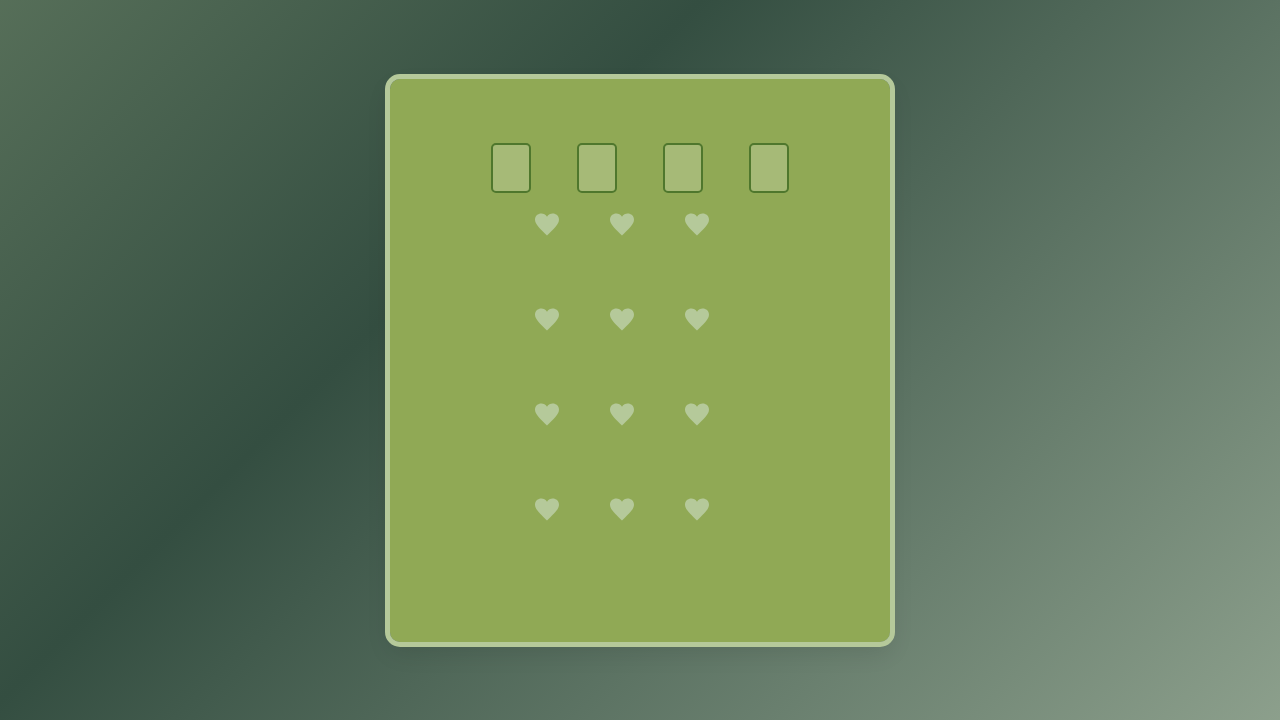
Repository: jahatesu/project-cutie
Page: index.html
An editor plug-in stored every save of this project. The page is shown before and after the next save, followed by the edit.
The browser window is 1280 px wide. The pictures show the whole page.
Some web libraries are served in a nearby version.

Above is the page before, as saved 2025-08-14 21:15:50.
Console error: TypeError: Cannot read properties of null (reading 'getBoundingClientRect')

### index.html
<!DOCTYPE html>
<html lang="en">
<head>
    <meta charset="UTF-8"
    meta http-equiv="X-UA-Compatible" content="IE=edge">
    <meta name="viewport" content="width=device-width, initial-scale=1.0">
    <title>idk yet</title>
    <link rel="stylesheet" href="https://cdnjs.cloudflare.com/ajax/libs/font-awesome/7.0.0/css/all.min.css">
    <link rel="stylesheet" href="style.css">
</head>

<body>
    <div class="wrapper">
        <!-- <i class="fa-solid fa-heart"></i>
        <h2 class="question">Do you wanna see why I think you’re the cutest?</h2>
        <div class="btn-group">
            <button class="btn-yes">Yes</button>
            <button class="btn-no">No</button>
        </div> -->

        <!-- PIN DISPLAY -->
         <div class="pin-display">
            <div class="pin-box"></div>
            <div class="pin-box"></div>
            <div class="pin-box"></div>
            <div class="pin-box"></div>
         </div>

         <!-- HEART BUTTONS -->
         <div class="heart-pad">
            <button data-num = "1">1</button>
          <button data-num = "2">2</button>
          <button data-num = "3">3</button>
          <button data-num = "4">4</button>
          <button data-num = "5">5</button>
          <button data-num = "6">6</button>
          <button data-num = "7">7</button>
          <button data-num = "8">8</button>
          <button data-num = "9">9</button>
          <button data-num = "*">*</button>
          <button data-num = "0">0</button>
          <button data-num = "#">#</button>
         </div>
    </div>

    <script src="script.js"></script>


</body>
</html>

### style.css
:root{
    --bg1:#e9f5db;
    --bg2:#90a955;
    --accent:#b5c99a;
    --ink:#232323;
    --splash-duration: 2600ms;
  }

*{
    margin: 0;
    padding: 0;
    box-sizing: border-box;
}

html, body {
    display: flex;
    justify-content: center;
    align-items: center;
    min-height: 100vh;
  width: 100%;
  height:100%;
}

body {
    background: linear-gradient(-45deg, #e9f5db, #344e41, #b5c99a, #23d5ab);
    background-size: 400% 400%;
    animation: gradient 15s ease infinite;
}

@keyframes gradient {
    0% {
        background-position: 0% 50%;
    }
    50% {
        background-position: 100% 50%;
    }
    100% {
        background-position: 0% 50%;
    }
}
.wrapper{
    position: relative;
    width: 90%;
    padding: 5%;
    max-width: 500px;
    margin: 50px 50px;
    height: fit-content;
    /* max-height: 50%; */
    background: #90a955;
    border-radius: 10px;
    display: flex;
    justify-content: center;
    align-items: center;
    box-shadow: 0 10px 25px rgba(0,0,0,0.1);
    flex-direction: column;
    text-align: center;
    outline: 5px solid #b5c99a;
}

.pin-display{
  display: flex;
  justify-content: space-between;
  margin-bottom: 20px;
  width: 80%;
}

.pin-box{
  width: clamp(30px, 9vw, 40px);
  height: clamp(30px, 9vw, 50px);
  border: 2px solid #4f772d;
  border-radius: 5px;
  background: rgba(255,255,255,0.2);
}

.heart-pad{
  display: grid;
  grid-template-columns: repeat(3, 60px);
  gap: 15px;
}

.heart-pad button {
  position: relative;
  width: 80px;
  height: 80px;
  font-size: 1.5rem;
  justify-content: center;
  align-items: center;
  color: white;
  border: none;
  cursor: pointer;
  background: #b5c99a;
  cursor: pointer;
  clip-path: path("M12 4.248c-3.148-5.402-12-3.825-12 2.944 0 4.661 5.571 9.427 12 15.808 6.43-6.381 12-11.147 12-15.808 0-6.792-8.875-8.306-12-2.944z");
}

/* .wrapper i {
  font-size: 50px;
  margin-bottom: 10px;
  color: #e9f5db;
}

i{
    font-size:7.5em;
    color: #e9f5db;
    border: 5px solid transparent;
}

h2{
    font-size: 2em;
    color: #e9f5db;
    margin: 15px 0;
}
@media (max-width: 600px) {
  .h2 {
    font-size: 1.2rem;
  }
}

.btn-group{
    width: 100%;
    height: 40px;
    display: flex;
    justify-content: center;
    margin-top: 15px;
}

button {
    position: absolute;
    width: 150px;
    height: inherit;
    font-size: 1.2em;
    color: #e9f5db;
    font-weight: 600;
    border-radius: 30px;
    border: 2px solid #4f772d;
    cursor: pointer;
    box-shadow: 0 5px 15px rgba(0,0,0,0.3);
}

button:nth-child(1){
    margin-left: -200px;
    background: #4f772d;
    color: #b5c99a;
}

button:nth-child(2){
    margin-right: -200px;
    color: #b5c99a;
}

@media (max-width: 400px) {
  .question {
    font-size: 5vw;
  }
  button {
    font-size: 4vw;
  }
} */

### script.js
const wrapper = document.querySelector(".wrapper");
const question = document.querySelector(".question");
const yesBtn = document.querySelector(".btn-yes");
const noBtn = document.querySelector(".btn-no");

const wrapperRect = wrapper.getBoundingClientRect();
const noBtnRect = noBtn.getBoundingClientRect();


yesBtn.addEventListener('click', () => {
    question.innerHTML = 'I knew it! Love you too <3 ';
})

noBtn.addEventListener('mouseover', () => {
    const i = Math.floor(Math.random() * (wrapperRect.width - noBtnRect.width));
    const j = Math.floor(Math.random() * (wrapperRect.height - noBtnRect.height));
    noBtn.style.left = i + "px";
    noBtn.style.top = j + "px";
})

After the next save:
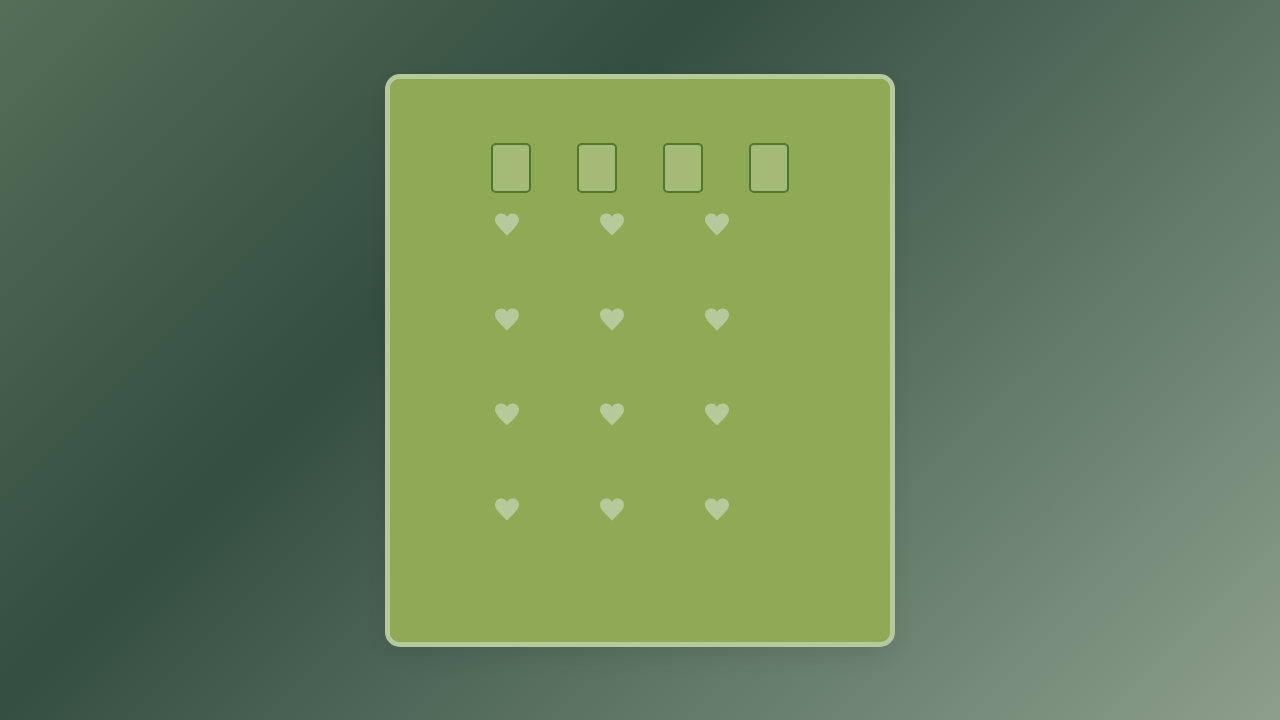
Saved 9 s later.
--- a/style.css
+++ b/style.css
@@ -72,26 +72,35 @@ body {
   background: rgba(255,255,255,0.2);
 }
 
-.heart-pad{
+.heart-pad {
   display: grid;
-  grid-template-columns: repeat(3, 60px);
+  grid-template-columns: repeat(3, 1fr); /* 3 columns evenly spaced */
   gap: 15px;
+  width: 100%;             /* take full width of wrapper */
+  max-width: 300px;        /* optional max width */
+  justify-items: center;    /* center buttons in each grid cell */
+  margin: 0 auto;           /* center grid horizontally */
 }
 
 .heart-pad button {
-  position: relative;
   width: 80px;
   height: 80px;
   font-size: 1.5rem;
+  display: flex;             /* center number inside heart */
   justify-content: center;
   align-items: center;
   color: white;
   border: none;
   cursor: pointer;
   background: #b5c99a;
-  cursor: pointer;
   clip-path: path("M12 4.248c-3.148-5.402-12-3.825-12 2.944 0 4.661 5.571 9.427 12 15.808 6.43-6.381 12-11.147 12-15.808 0-6.792-8.875-8.306-12-2.944z");
+  transition: transform 0.1s ease;
 }
+
+.heart-pad button:active {
+  transform: scale(0.95); /* cute click effect */
+}
+
 
 /* .wrapper i {
   font-size: 50px;
